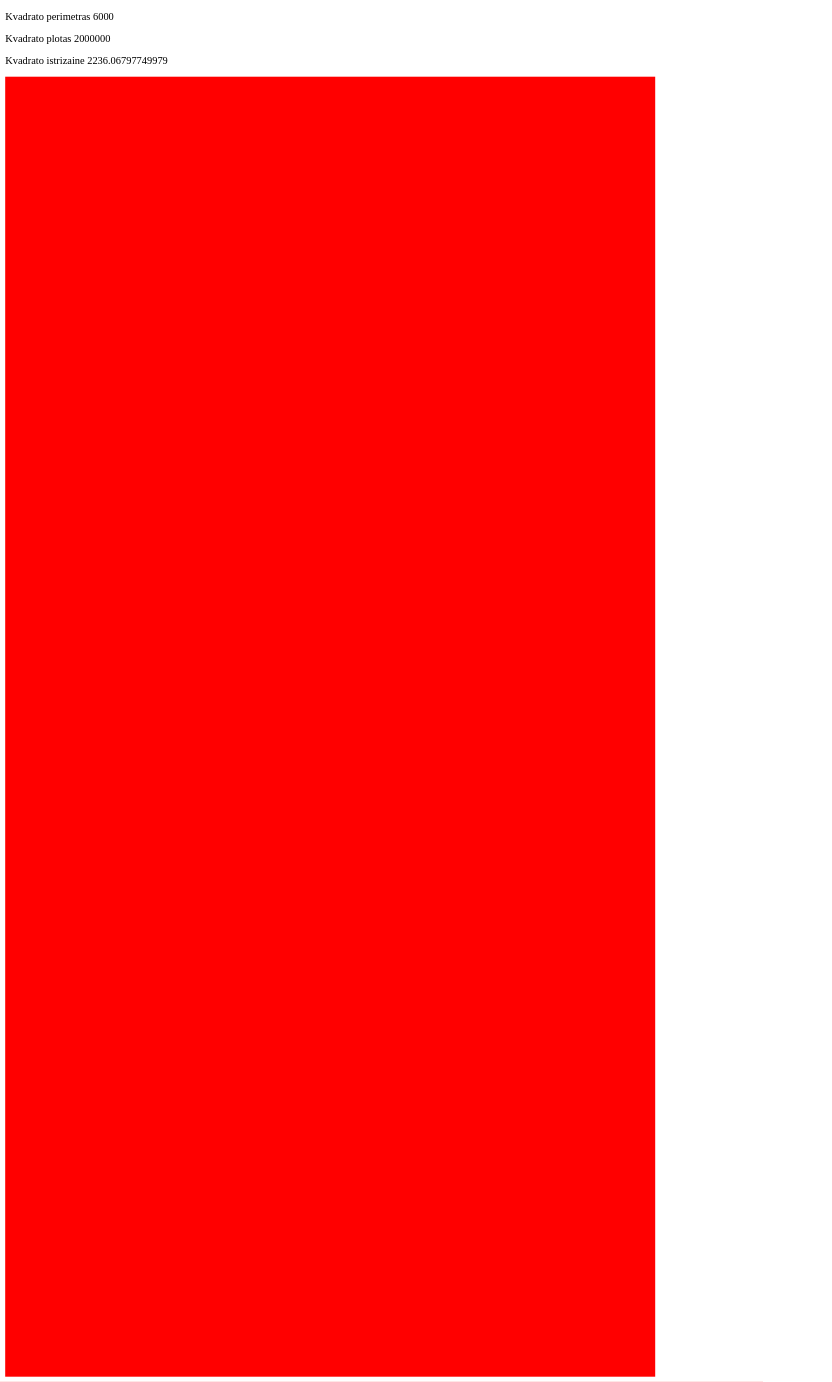
Repository: motiejus1/10-paskaita-JS
Page: index.html
An editor plug-in stored every save of this project. The page is shown before and after a run of saves, followed by the edit.
The browser window is 1280 px wide. The pictures show the whole page, at 65% of full size.

Above is the page before, as saved 2021-06-22 11:36:05.

### index.html
<!DOCTYPE html>
<html lang="en">
<head>
    <meta charset="UTF-8">
    <meta http-equiv="X-UA-Compatible" content="IE=edge">
    <meta name="viewport" content="width=device-width, initial-scale=1.0">
    <title>10 paskaita</title>

    <style>
        .container div:nth-child(even) {
            background-color: blue;
        }

        .keturkampis {
            /* width: 300px; */
            /* height: 400px; */
            background-color: red;
        }




    </style>


</head>
<body>

    <div class="container">

    </div>

    <p id="kvadrato-perimetras"></p>
    <p id="kvadrato-plotas"></p>
    <p id="kvadrato-istrizaine"></p>

    <div class="keturkampis">

    </div>




    <script src="script.js"></script>
    <script src="script1.js"></script>
</body>
</html>

### script.js
"use strict";

// 2. Susikurti objektų masyvą:
// * Masyve 100 objekto elementų.
// * Objekto vidiniai kintamieji: id, vardas.
// * Vardas reikšmė = vardas1,vardas2 ir t.t.
// * Id reikšmė = 1, 2 ir t.t.


// Papildomai:
// Pagal sukurtą obejktų masyvą, sukurti tiek pat div elementų, kuriuose išvedamas id ir vardas. Kas antras div - mėlynas.

let masyvas = [];

for (let i=0; i<100; i++) {
    let objektas = {
        id: i+1,
        vardas: "vardas"+(i+1)
    };
    masyvas[i]=objektas; // i => objekta

    // let div = document.createElement("div");
    // div.innerHTML = objektas.id + " " + objektas.vardas;
    // document.querySelector(".container").appendChild(div);

    // console.log(Object.keys(objektas));
}

console.log(masyvas);

### script1.js
"use script";

// 3. Susikurti objektą "Keturkampis".
// Objektas turi priimti du kintamuosius: a ir b kraštines.
// Sukurti du metodus, kurie skaičiuoja kvadrato plotą, perimetrą, įstrižainės ilgį.
// Informaciją išvesti į <p> žymę.

// Papildoma: a ir b kintamieji apibrežia kvadratą pikseliais. Pagal įvestas reikšmes į input, HTML nubraižomas kvadrato objektas.

let kvadratas = {
    a: 1000,
    b: 2000,

    plotasPerimetras: function() {

        let plotas;
        let perimetras;

        plotas = this.a * this.b;
        perimetras= 2 * this.a + 2 * this.b;

        return [plotas, perimetras]
    },

    istrizaine: function() {
        let ilgis;
        ilgis = Math.sqrt(this.a * this.a + this.b * this.b );
        return ilgis;
    },

    nubrezk: function() {
        let elementas = document.querySelector(".keturkampis");
        elementas.style.width = this.a + "px";
        elementas.style.height = this.b + "px";
    },

    isvesk: function() {
        document.getElementById("kvadrato-perimetras").innerText = "Kvadrato perimetras " +  kvadratas.plotasPerimetras()[1];
        document.getElementById("kvadrato-plotas").innerText ="Kvadrato plotas " + kvadratas.plotasPerimetras()[0];
        document.getElementById("kvadrato-istrizaine").innerText = "Kvadrato istrizaine " + kvadratas.istrizaine();
    }

};

kvadratas.isvesk();
kvadratas.nubrezk();

After the next 5 saves:
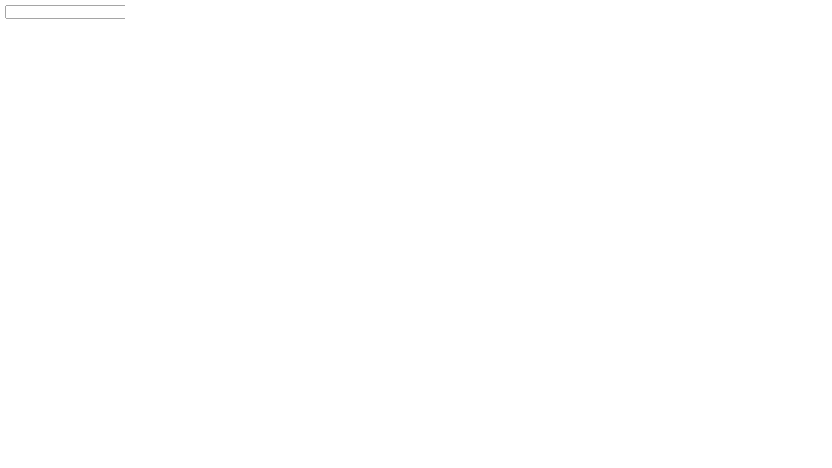
Console error: TypeError: Cannot set properties of null (setting 'innerText')
The 5 saves are shown as one change because they came seconds apart.
The last was saved 77 s later.
--- a/index.html
+++ b/index.html
@@ -30,6 +30,9 @@
 
     </div>
 
+
+    <input type="text" id="/>
+
     <p id="kvadrato-perimetras"></p>
     <p id="kvadrato-plotas"></p>
     <p id="kvadrato-istrizaine"></p>

After the 3 saves that followed:
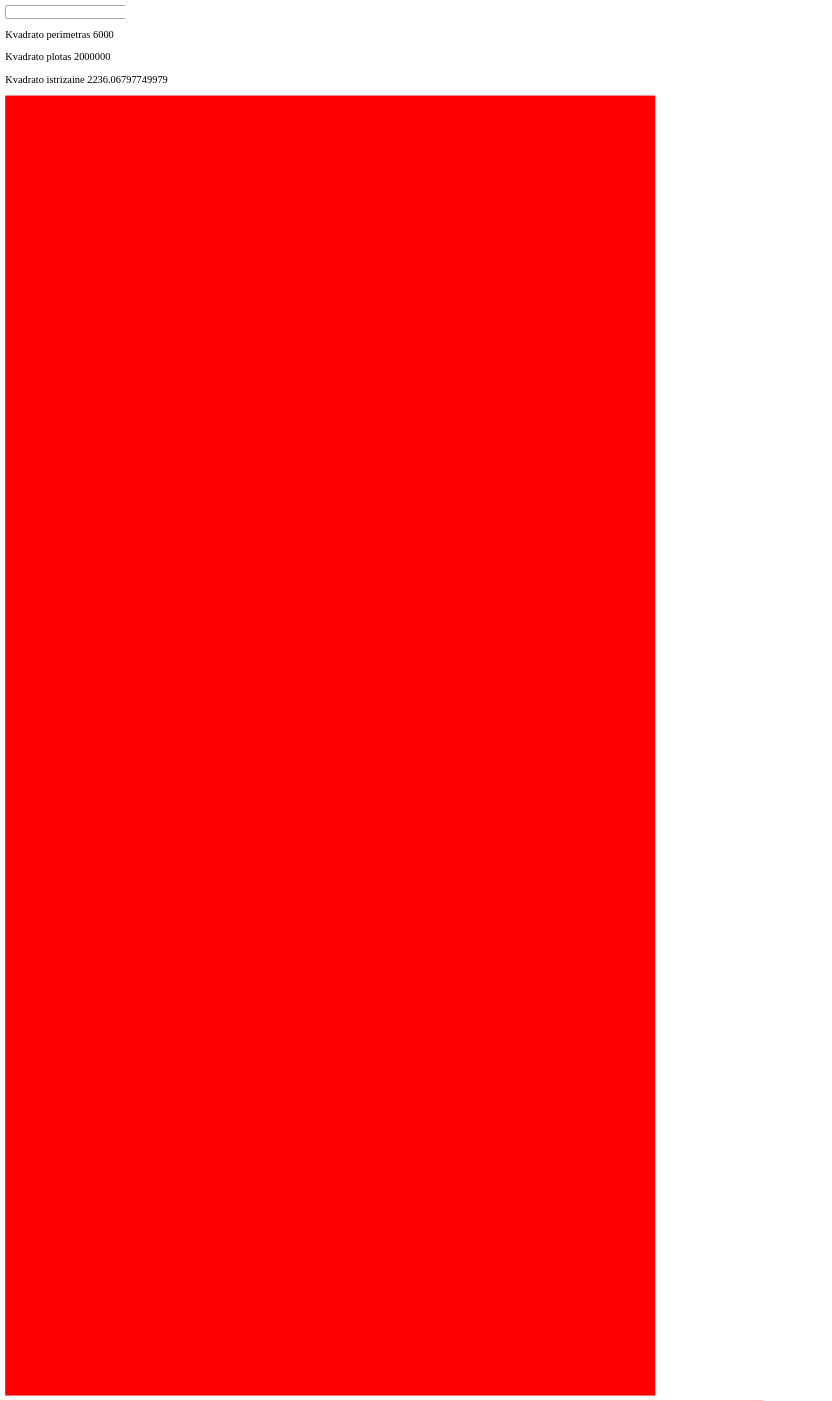
The error is gone.
The 3 saves are shown as one change because they came seconds apart.
The last was saved 8 s later.
--- a/index.html
+++ b/index.html
@@ -31,7 +31,7 @@
     </div>
 
 
-    <input type="text" id="/>
+    <input type="text" id="a-krastine" name=""/>
 
     <p id="kvadrato-perimetras"></p>
     <p id="kvadrato-plotas"></p>
